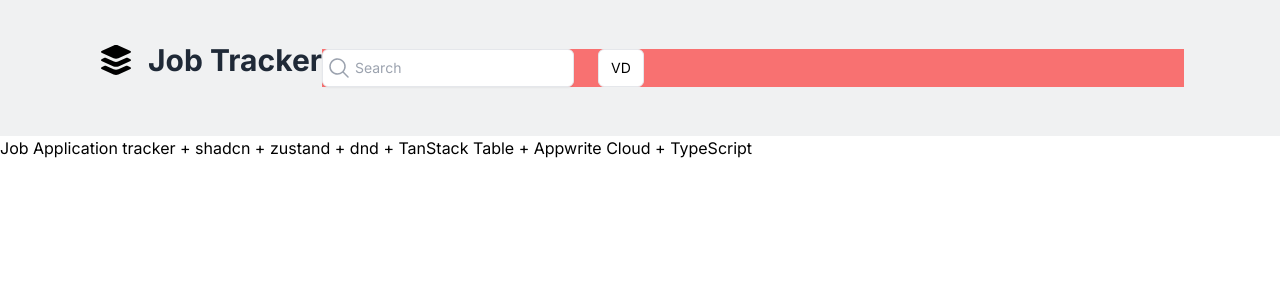
Repository: Vasil1001/job-applications-tracker-nextjs
Page: /
An editor plug-in stored every save of this project. The page is shown before and after a run of saves, followed by the edit.
The browser window is 1280 px wide. The pictures show the whole page.
The project was rebuilt for these pictures with package versions that can differ from the ones it lists, and the page was loaded fresh each time. The framework's server and built-in components were replaced by stand-ins that run in the browser. Also part of the build but not shown: next.config.js.

Above is the page before, as saved 2023-06-24 17:22:25.

After the next 3 saves:
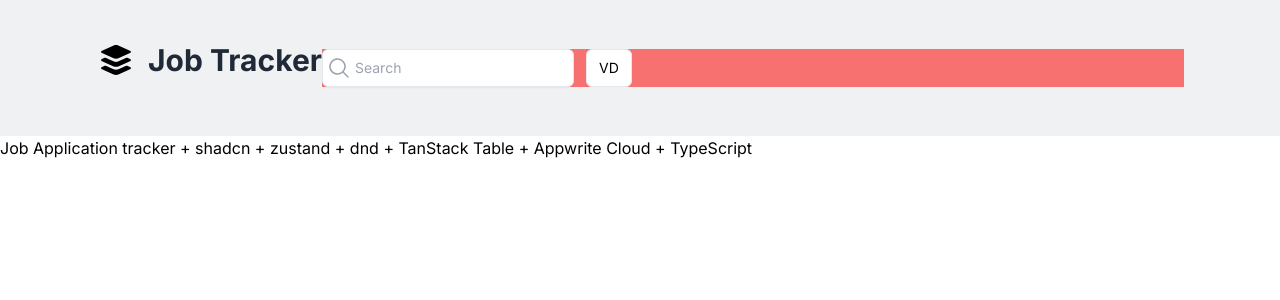
The 3 saves are shown as one change because they came seconds apart.
The last was saved 10 s later.
--- a/components/Header.tsx
+++ b/components/Header.tsx
@@ -41,7 +41,7 @@ export default function Header() {
             />
             <button hidden> Search</button>
           </form>
-          <button className="ml-3 py-2 px-3 flex-initial text-black text-sm font-regular border focus-visible:outline-none focus-visible:ring-1 focus:ring-gray-400 bg-white border-gray-200 sm:text-sm rounded-md hover:border-gray-300 ">
+      <button className=" py-2 px-3 flex-initial text-black text-sm font-regular border focus-visible:outline-none focus-visible:ring-1 focus:ring-gray-400 bg-white border-gray-200 sm:text-sm rounded-md hover:border-gray-300 ">
             VD
           </button>
         </div>
